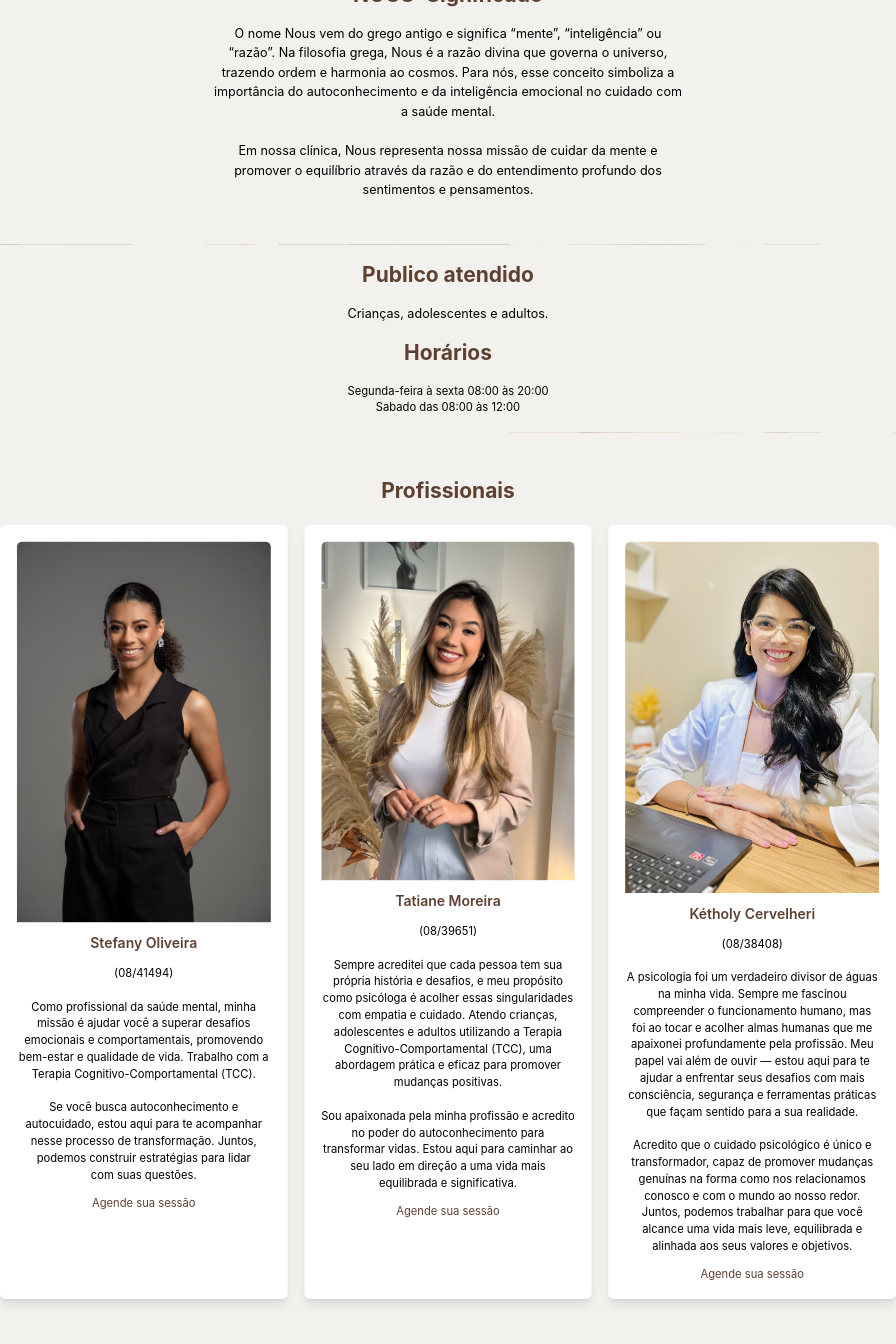
Repository: Mcervelheri/Nous
Page: /
These files come from the project's save history. The page is drawn as it stood at one moment and after the next save; the edit follows.
The browser window is 1280 px wide. The pictures show the part of the page from y = 874 to 2794 px (the page is 2794 px tall before and 2786 px after), at 70% of full size.
The project was rebuilt for these pictures with package versions that can differ from the ones it lists, and the page was loaded fresh each time. Also part of the build but not shown: vite.config.js.

Above is the page before, as saved 2025-02-19 22:53:20.

After the next save:
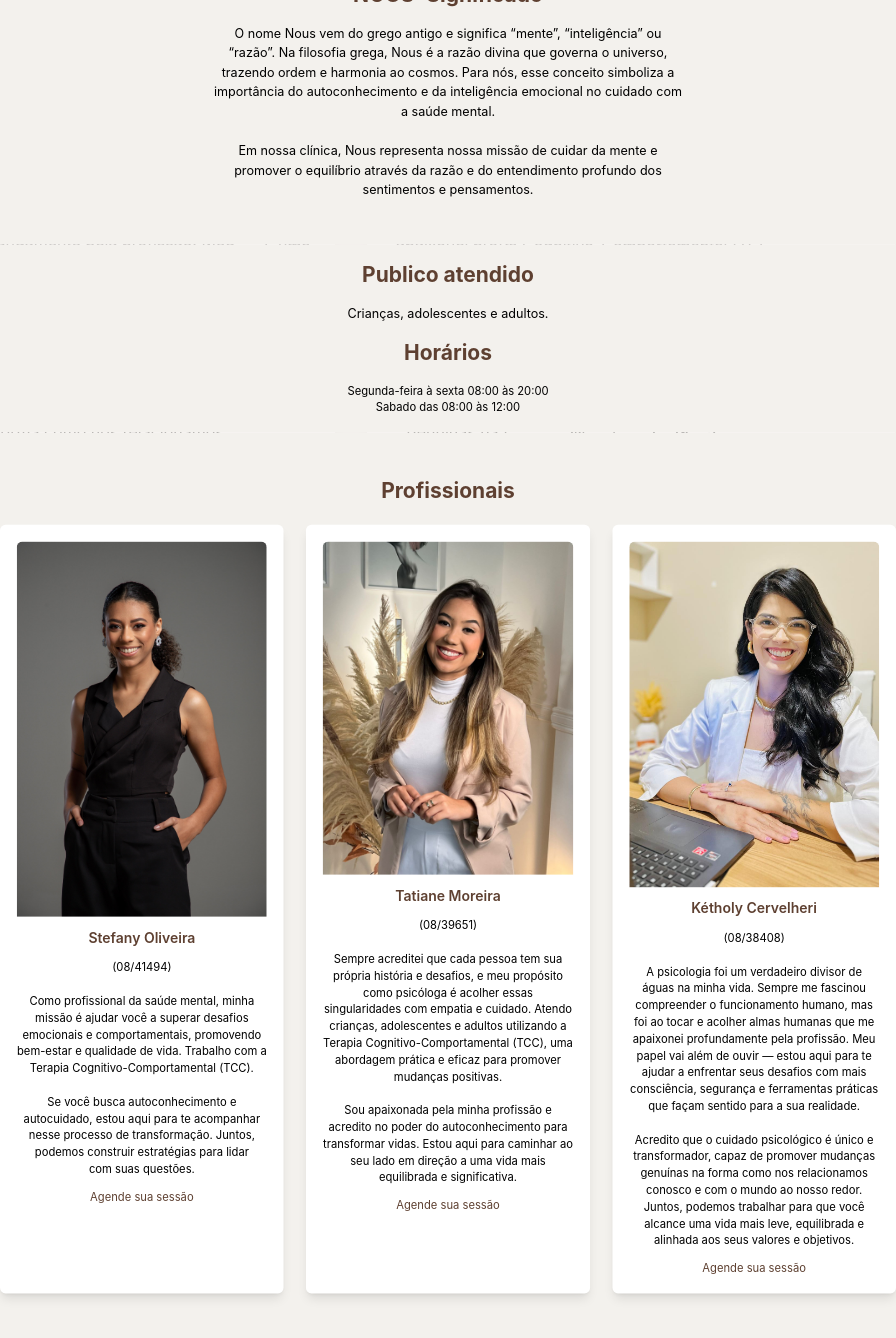
Saved 2 min 6 s later.
--- a/src/components/ProfessionalsList.jsx
+++ b/src/components/ProfessionalsList.jsx
@@ -4,7 +4,7 @@ import professionalsData from "./ProfessionalsData";
 
 export const ProfessionalsList = () => {
   return (
-    <div className="grid grid-cols-1 md:grid-cols-3 gap-6">
+    <div className="grid grid-cols-1 md:grid-cols-3 gap-8">
       {professionalsData.map((professional, index) => (
         <Professional
           key={index}
